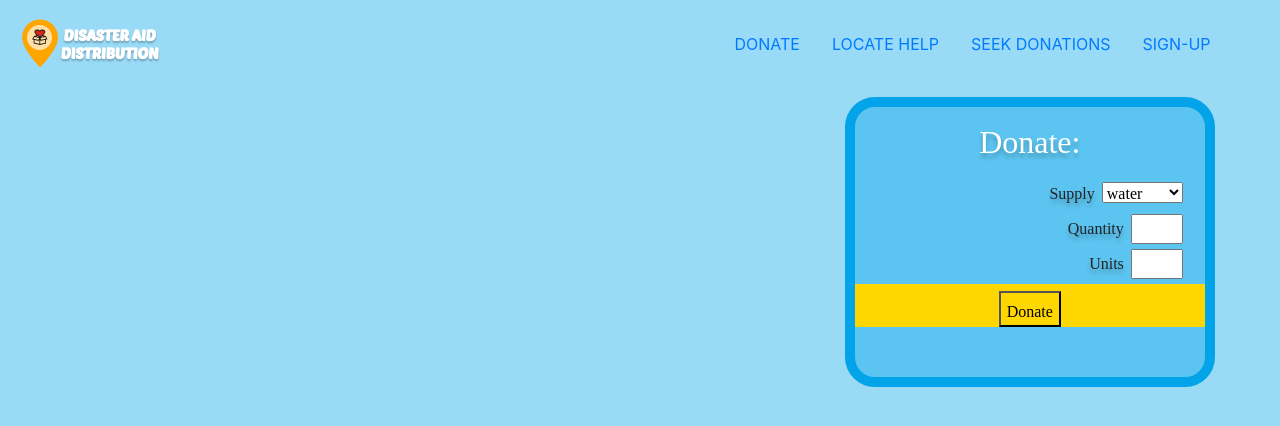
Repository: uprm-inso-4115-2019-2020-S2/semester-project-inso4115-DisasterAid-backend
Page: /donate-modal (app in disaster-aid/)
These files come from the project's save history. The page is drawn as it stood at one moment and after a run of saves; the edit follows.
The browser window is 1280 px wide. The pictures show the whole page.
The project was rebuilt for these pictures with package versions that can differ from the ones it lists, and the page was loaded fresh each time. Also part of the build but not shown: disaster-aid/angular.json, disaster-aid/src/app/login/login.component.ts, disaster-aid/src/app/register/register.component.ts, disaster-aid/src/app/home/home.component.ts, disaster-aid/src/app/landing-page/landing-page.component.ts, disaster-aid/src/app/donations/donations.component.ts, disaster-aid/src/app/donations.service.ts.

Above is the page before, as saved 2020-05-08 04:32:16.

### disaster-aid/src/index.html
<!doctype html>
<html lang="en">
<head>
  <meta charset="utf-8">
  <title>DisasterAid</title>
  <base href="/">
  <meta name="viewport" content="width=device-width, initial-scale=1">
  <link rel="icon" type="image/x-icon" href="favicon.ico">
</head>
<body>
  <app-root></app-root>
</body>
</html>

### disaster-aid/src/styles.css
/* You can add global styles to this file, and also import other style files */

html { background-color:rgba(2, 163, 232, 0.4); }

### disaster-aid/src/app/app.module.ts
import { BrowserModule } from '@angular/platform-browser';
import { NgModule } from '@angular/core';
import { FormsModule, ReactiveFormsModule } from '@angular/forms';



import { AppRoutingModule } from './app-routing.module';
import { AppComponent } from './app.component';
import { RegisterComponent } from './register/register.component';
import { LoginComponent } from './login/login.component';
import { HttpClientModule } from '@angular/common/http';
import { HomeComponent } from './home/home.component'
import { UserApiService } from './userapi.service';
import { LandingPageComponent } from './landing-page/landing-page.component';
import { DonationsComponent } from './donations/donations.component';


@NgModule({
  declarations: [
    AppComponent,
    RegisterComponent,
    LoginComponent,
    HomeComponent,
    LandingPageComponent,
    DonationsComponent,
  ],
  imports: [
    BrowserModule,
    AppRoutingModule,
    FormsModule,
    ReactiveFormsModule,
    HttpClientModule
  ],
  providers: [UserApiService],
  bootstrap: [AppComponent]
})
export class AppModule { }

### disaster-aid/src/app/app-routing.module.ts
import { NgModule } from '@angular/core';
import { Routes, RouterModule } from '@angular/router';
import {LoginComponent} from './login/login.component';
import { RegisterComponent } from './register/register.component';
import { HomeComponent } from './home/home.component';
import { LandingPageComponent } from './landing-page/landing-page.component';
import { DonationsComponent } from './donations/donations.component';
import { DonateModalComponent} from './donate-modal/donate-modal.component';


const routes: Routes = [
  { path: '', redirectTo: '/landing_page', pathMatch: 'full'}, //Make home the default landing page
  { path: 'register', component: RegisterComponent},
  { path: 'login', component: LoginComponent },
  { path: 'home', component: HomeComponent},
  { path: 'landing_page', component: LandingPageComponent },
  { path: 'my-donations', component: DonationsComponent },
  { path: 'donate-modal', component: DonateModalComponent},

];

@NgModule({
  imports: [RouterModule.forRoot(routes)],
  exports: [RouterModule]
})
export class AppRoutingModule { }

### disaster-aid/src/app/app.component.ts
import { Component } from '@angular/core';

@Component({
  selector: 'app-root',
  templateUrl: './app.component.html',
  styleUrls: ['./app.component.css']
})
export class AppComponent {
  title = 'disaster-aid';
}

### disaster-aid/src/app/userapi.service.ts
import { Injectable } from '@angular/core';
import { HttpClient, HttpErrorResponse, HttpHeaders } from '@angular/common/http';
import { User } from './user';
import { Observable, throwError } from 'rxjs';
import { catchError } from 'rxjs/operators';


@Injectable({
  providedIn: 'root'
})
export class UserApiService {

  constructor(private httpClient:HttpClient) { }

  private _handleError(error: HttpErrorResponse | any) {
    let data = {};
                data = {
                    reason: error && error.error.reason ? error.error.reason : '',
                    status: error.status
                };
                console.error(data);
                return throwError(error);
  }

    public server:String = " http://localhost:5000/";

   public getUsers() : Observable<User[]> {
     return this.httpClient
     .get<User[]>(this.server + "DAD/users")
     .pipe(catchError (this._handleError));
   }

   public getUser(userID : String): Observable<User> {
    return this.httpClient
    .get<User>(this.server + `DAD/users/${userID}`)
    .pipe(catchError (this._handleError));
  }

  public createUser(user: User): Observable<any> {

    const httpOptions = {
      headers: new HttpHeaders ({
        'Content-Type':'application/json',
        'Accept': 'application/json'
      })
    };
    return this.httpClient
    .post(this.server + "DAD/users", user, httpOptions)
    .pipe(catchError (this._handleError));;
  }


}

### disaster-aid/src/app/donate-modal/donate-modal.component.ts
import { Component, OnInit } from '@angular/core';

@Component({
  selector: 'app-donate-modal',
  templateUrl: './donate-modal.component.html',
  styleUrls: ['./donate-modal.component.css']
})
export class DonateModalComponent implements OnInit {

  constructor() { }

  ngOnInit(): void {
  }

}

### disaster-aid/src/app/donate-modal/donate-modal.component.html
<nav class="navbar navbar-light" style="background-color: rgba(2, 163, 232, 0.4);">
    <a class="navbar-brand mr-1" href="#"><img src="/assets/DAD_logo.png" style="width: 50%;"></a>
    <ul class="nav navbar-justified navbar-right ml-auto" style="margin-right: 3%;">
        <li class="nav-item">
            <a class="nav-link menuItem" routerLink="/my-donations"  >DONATE</a>
        </li>
        <li class="nav-item">
            <a class="nav-link menuItem"  href="#">LOCATE HELP</a>
        </li>
        <li class="nav-item">
            <a class="nav-link menuItem" href="#">SEEK DONATIONS</a>
        </li>
        <li class="nav-item">
            <a class="nav-link menuItem"  routerLink="/register" routerLinkActive="active">SIGN-UP</a>
        </li>
    </ul>
</nav>

<div class="donateBox">
    <p style="font-size: xx-large; text-align: center; padding-top: 3%; color: white;">Donate:</p>
    <!-- <form [formGroup]="loginForm" (ngSubmit)="onSubmit(loginForm.value)"> -->
        <div style="text-align: right; padding-right: 22px;">
            <div>
                <label for="Supply" style="padding-right: 7px;">Supply</label>
                <select id="supply" name="supply">
                    <option value="water">water</option>
                    <option value="food">food</option>
                    <option value="medicine">medicine</option>
                    <option value="clothing">clothing</option>

                </select>
            </div>
            <div>
                <label for="quantity" style="padding-right: 7px;">Quantity</label>
                <input type="number" id="quantity" name="quantity" min="1" max="5">
            </div>
            <div>
                <label for="units" style="padding-right: 7px;">Units</label>
                <input type="number" id="quantity" name="quantity" min="1" max="5">
            </div>
        </div>

        <div class="donateButton">
            <button class="donateButton" type="submit">Donate</button>
        </div>
    <!-- </form> -->

    <!-- <div style="text-align: center; padding-top: 5px; font-size: large;">
        <label style="color: white; padding-right: 5px;">Don't have an account?</label>
        <a routerLink="/register" routerLinkActive="active" style="color:#FFBC40 ;">Sign up</a>
    </div> -->

</div>

### disaster-aid/src/app/donate-modal/donate-modal.component.css
.donateBox {
    position: absolute;
    width: 370px;
    height: 290px;
    left: 66%;
    top: 97px;
    background: rgba(2, 163, 232, 0.4);
    border: 10px solid #02A3E8;
    border-radius: 30px;
    font-family: 'Fredoka One', cursive;
    font-family: 'Gochi Hand', cursive;
    text-shadow: 0px 4px 4px rgba(0, 0, 0, 0.25);
}

.donateButton{
    text-align: center;
    padding-top: 7px;
    background: gold;
}

Loaded but not shown: disaster-aid/src/main.ts (common file); disaster-aid/src/environments/environment.ts (common file); disaster-aid/src/app/app.component.html (common file); disaster-aid/src/app/app.component.css (no stored copy; drawn as an empty file)

After the next 2 saves:
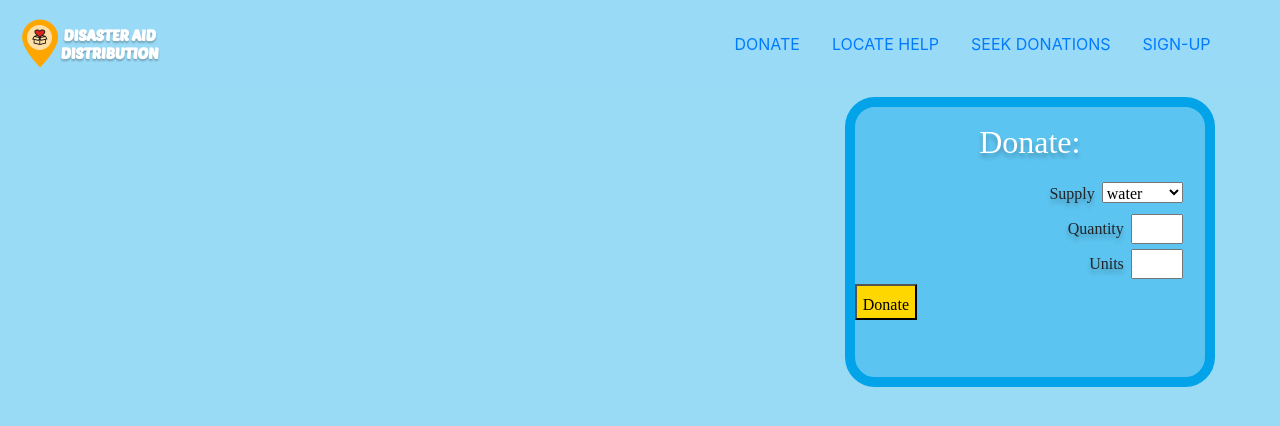
The 2 saves are shown as one change because they came seconds apart.
The last was saved 15 s later.
--- a/disaster-aid/src/app/donate-modal/donate-modal.component.html
+++ b/disaster-aid/src/app/donate-modal/donate-modal.component.html
@@ -40,7 +40,7 @@
             </div>
         </div>
 
-        <div class="donateButton">
+        <div >
             <button class="donateButton" type="submit">Donate</button>
         </div>
     <!-- </form> -->
